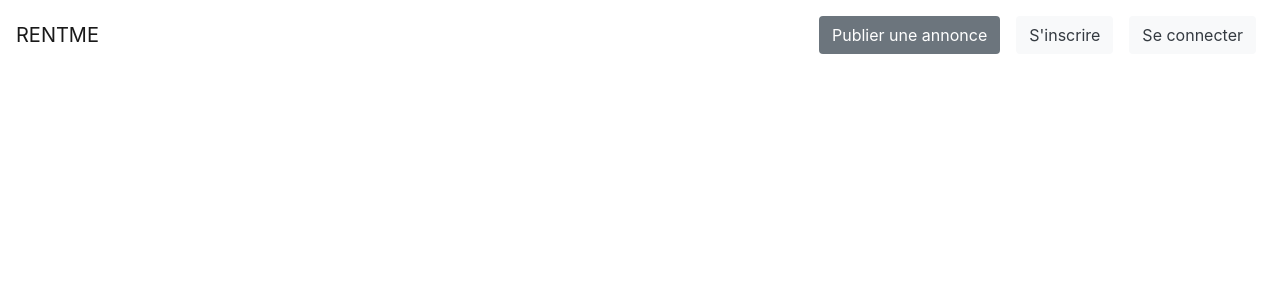
Repository: johan1412/rentme-front
Page: /
An editor plug-in stored every save of this project. The page is shown before and after a run of saves, followed by the edit.
The browser window is 1280 px wide. The pictures show the whole page.
The project was rebuilt for these pictures with package versions that can differ from the ones it lists, and the page was loaded fresh each time. Also part of the build but not shown: vue.config.js, src/components/auth/Login.vue, src/components/auth/Register.vue.

Above is the page before, as saved 2021-12-14 19:21:09.

After the next 2 saves:
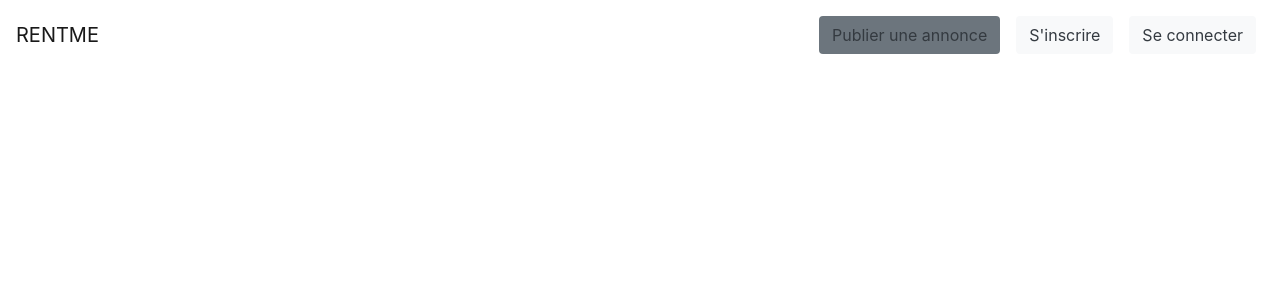
The 2 saves are shown as one change because they came seconds apart.
The last was saved 43 s later.
--- a/src/components/layouts/NavBar.vue
+++ b/src/components/layouts/NavBar.vue
@@ -4,7 +4,7 @@
     <b-navbar-brand class="fw-bold">RENTME</b-navbar-brand>
     <b-collapse id="nav-collapse" is-nav>
       <b-navbar-nav class="ml-auto">
-        <b-nav-item><router-link class="btn bg-secondary text-white" to="login">Publier une annonce</router-link></b-nav-item>
+        <b-nav-item><router-link class="btn bg-secondary text-dark" to="login">Publier une annonce</router-link></b-nav-item>
         <b-nav-item><router-link class="btn bg-light text-dark" to="register">S'inscrire</router-link></b-nav-item>
         <b-nav-item><router-link class="btn bg-light text-dark" to="login">Se connecter</router-link></b-nav-item>
       </b-navbar-nav>

After the save that followed:
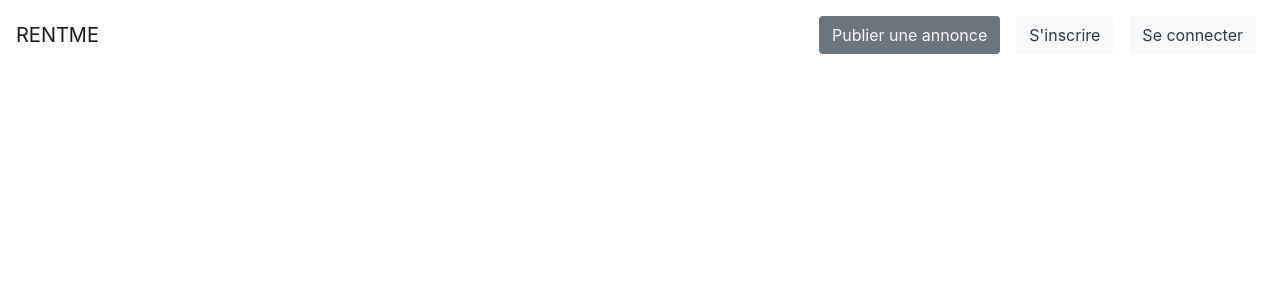
Saved 19 s later.
--- a/src/components/layouts/NavBar.vue
+++ b/src/components/layouts/NavBar.vue
@@ -4,7 +4,7 @@
     <b-navbar-brand class="fw-bold">RENTME</b-navbar-brand>
     <b-collapse id="nav-collapse" is-nav>
       <b-navbar-nav class="ml-auto">
-        <b-nav-item><router-link class="btn bg-secondary text-dark" to="login">Publier une annonce</router-link></b-nav-item>
+        <b-nav-item><router-link class="btn bg-secondary text-light" to="login">Publier une annonce</router-link></b-nav-item>
         <b-nav-item><router-link class="btn bg-light text-dark" to="register">S'inscrire</router-link></b-nav-item>
         <b-nav-item><router-link class="btn bg-light text-dark" to="login">Se connecter</router-link></b-nav-item>
       </b-navbar-nav>
